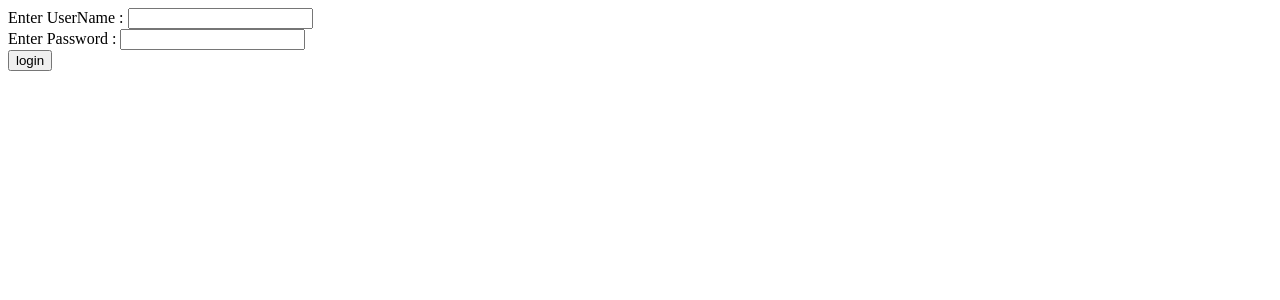
Repository: Devanshujatav/Servlet-JSP
Page: http://localhost/login_page/login.jsp
The author's editor kept a copy of each file at every save. The page is drawn from the files as they stood at one save, then again after the next save.
The browser window is 1280 px wide. The pictures show the whole page.
The page is served by Tomcat 10.

Above is the page before, as saved 2025-08-14 01:53:56.

After the next save:
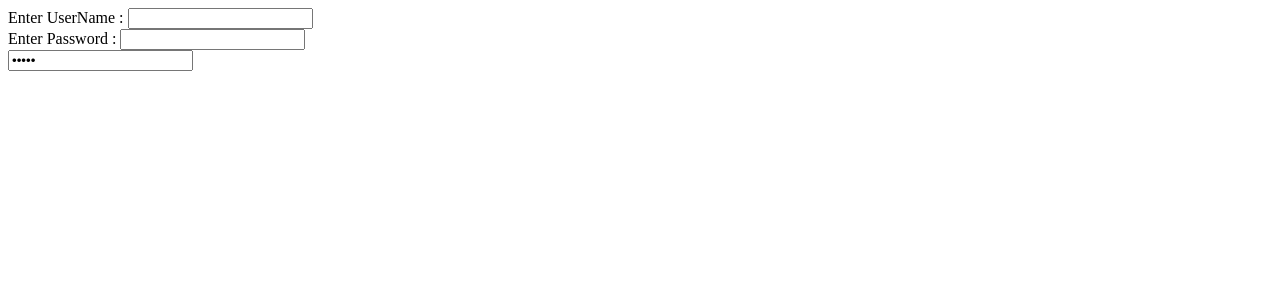
Saved 109 s later.
--- a/login_page/src/main/webapp/login.jsp
+++ b/login_page/src/main/webapp/login.jsp
@@ -10,7 +10,7 @@
 	<form action="Login">
 		Enter UserName : <input type="text" name="uname"><br>
 		Enter Password : <input type="text" name="pass"><br>
-		<input type="submit" value="login">
+		<input type="password" value="login">
 	</form>
 </body>
 </html>
